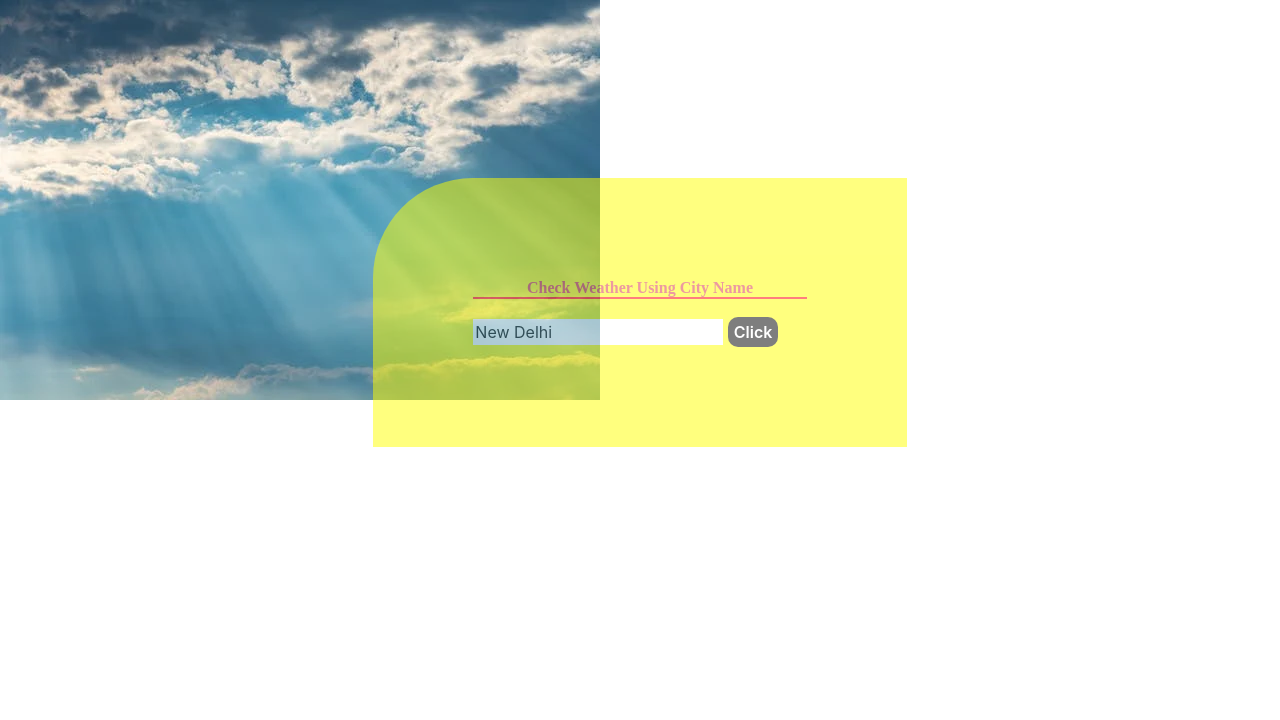
Repository: prashantkumarbind/Hospital-Weather-Concept
Page: http://localhost/weather-app/
These files come from the project's save history. The page is drawn as it stood at one moment and after the next save; the edit follows.
The browser window is 1280 px wide. The pictures show the whole page.
The page is served by Tomcat 9. Other server files are loaded and not shown.

Above is the page before, as saved 2024-01-19 08:08:26.

### weather-app/src/main/webapp/index.jsp
<%@ page language="java" contentType="text/html; charset=ISO-8859-1"
    pageEncoding="ISO-8859-1"%>
<!DOCTYPE html>
<html>
<head>
<meta charset="ISO-8859-1">
<meta charset="utf-8">
<meta name="viewport" content="width=device-width, initial-scale=1, shrink-to-fit=no">
<link rel="stylesheet" href="https://cdn.jsdelivr.net/npm/bootstrap@4.6.2/dist/css/bootstrap.min.css">
<title>weather app</title>
<style>
	body{
		 background-image: url("img/w1.webp");
		  background-repeat: no-repeat;
	}
	.controller{
		margin-top:130px;
		background-color:yellow;
		padding:100px 100px;
		opacity: 0.50;
		border-top-left-radius:100px;
	}
	.button-design{
		color:white;
		background-color:black;
		margin-top:10px;
		text-align: center;
		justify-content:end;
		width:50px;
		border-radius:10px;
		font-weight:600;
		border:none;
		height:30px;
	}
	.button-design:hover{
		background-color:green;
		color:red;
	}
	.text-design{
		border:none;
		width:250px;
	}
	.weather{
		font-family:elephant;
		font-weight:800;
		background-color:yellow;
		text-align:center;
		border-bottom:2px solid red;
	}
</style>
</head>
<body>

		<section class="form-top-header header-top mt-5">
			<div class="container-fluid">
				<div class="row justify-content-center">
					<div class="col-5 form controller ">
						<h6 class="text-danger weather">Check Weather Using City Name</h6>
						<form action="FormDataController" method="Post">
							 <div class="form-design">
							 	<input class="text-design" type="text" name="city_name" value="New Delhi">
							 	<input class="button-design" type="submit" value="Click">
							 </div>
						</form>
					</div>
				</div>
			</div>
		</section>

 <!-- <script src="https://cdn.jsdelivr.net/npm/jquery@3.5.1/dist/jquery.slim.min.js"></script>
 <script src="https://cdn.jsdelivr.net/npm/bootstrap@4.6.2/dist/js/bootstrap.bundle.min.js"></script>
 -->
</body>
</html>

After the next save:
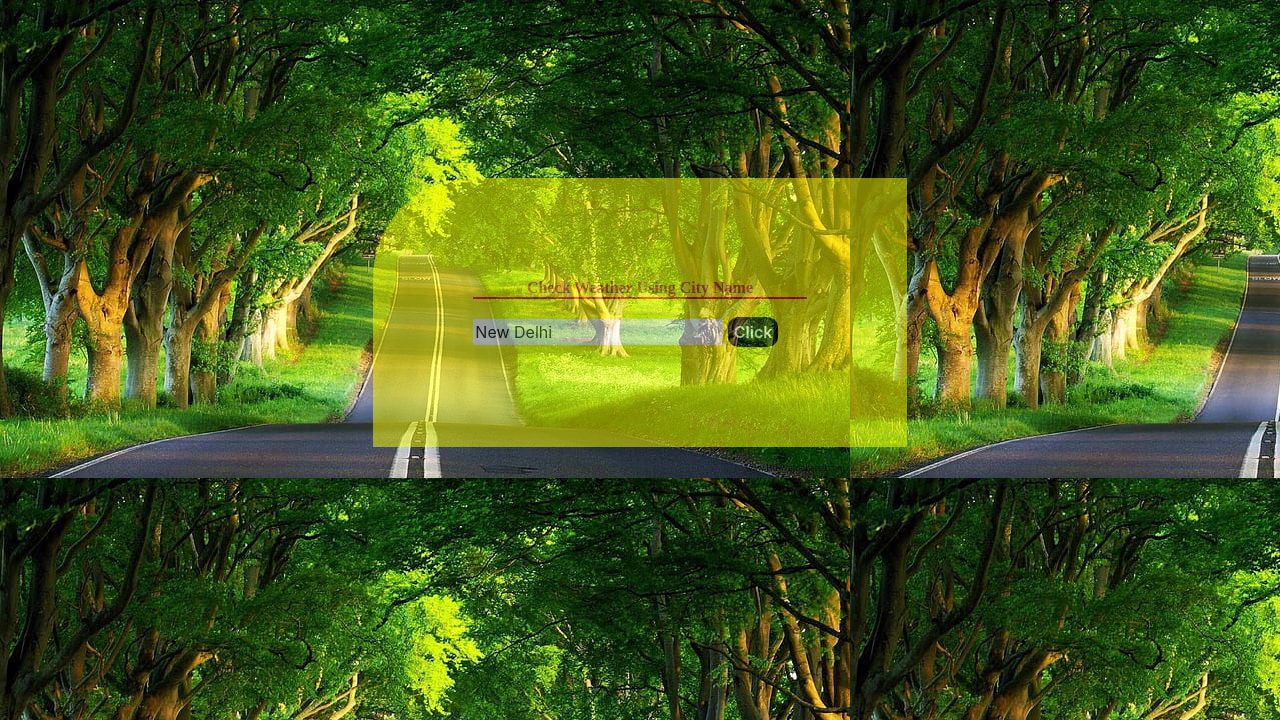
Saved 20 s later.
--- a/weather-app/src/main/webapp/index.jsp
+++ b/weather-app/src/main/webapp/index.jsp
@@ -10,8 +10,8 @@
 <title>weather app</title>
 <style>
 	body{
-		 background-image: url("img/w1.webp");
-		  background-repeat: no-repeat;
+		 background-image: url("img/we3.jpg");
+		  /* background-repeat: no-repeat, repeat; */
 	}
 	.controller{
 		margin-top:130px;
